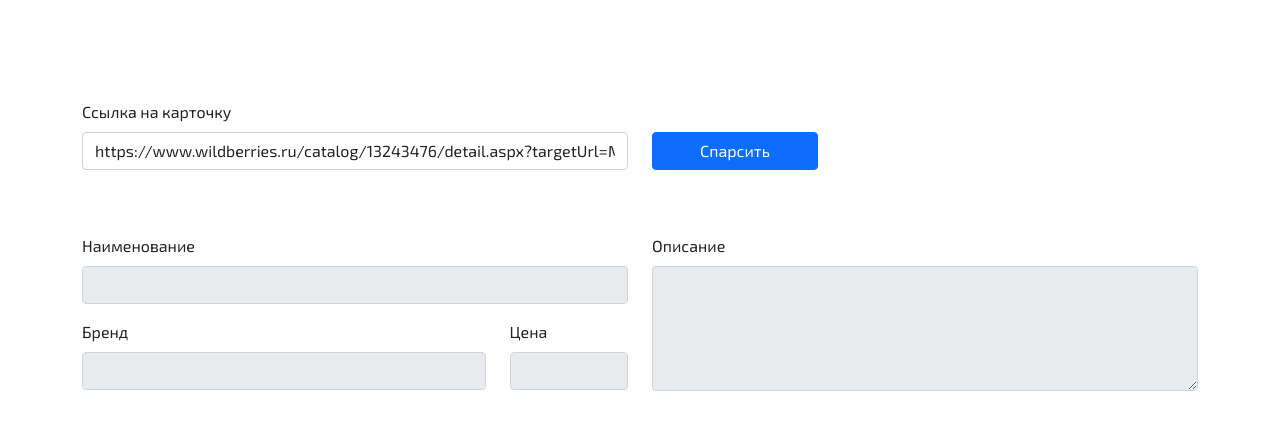
Repository: yozuul/wildberries-product-card-parser-api-exchange
Page: public/panel.html
The author's editor kept a copy of each file at every save. The page is drawn from the files as they stood at one save, then again after the next save.
The browser window is 1280 px wide. The pictures show the whole page.

Above is the page before, as saved 2021-08-20 07:53:29.

After the next save:
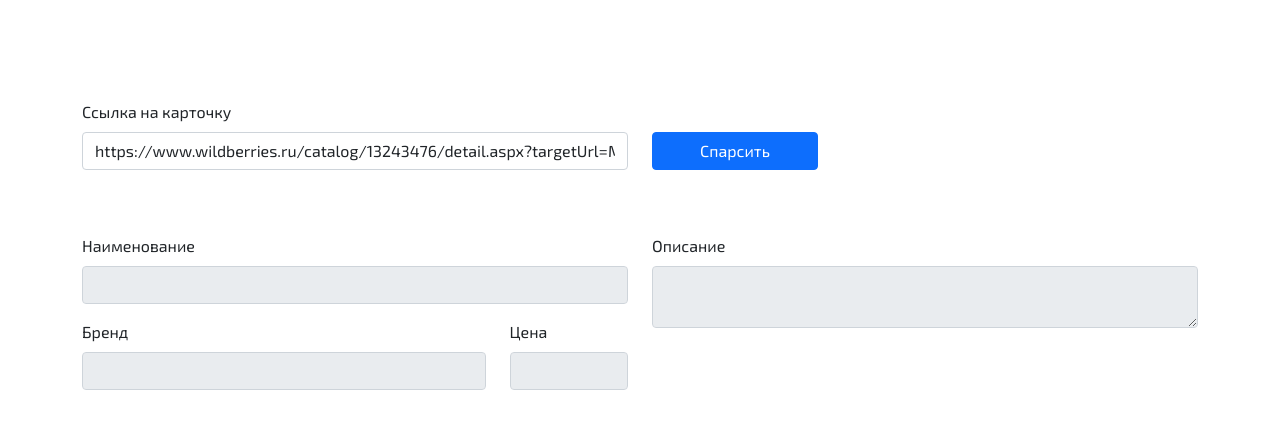
Saved 15 s later.
--- a/public/panel.html
+++ b/public/panel.html
@@ -91,8 +91,8 @@
                <input type="text" class="form-control" id="productConsist">
             </div>
             <div class="mb-3">
-               <label for="cardProductDesc" class="form-label">Описание</label>
-               <textarea type="text" class="form-control" id="cardProductDesc" readonly></textarea>
+               <label for="productDesc" class="form-label">Описание</label>
+               <textarea type="text" class="form-control" id="productDesc" readonly></textarea>
             </div>
             <div id="productParams_wrapper" class="mb-3 dn">
                <label class="form-label">Характеристики</label>

After the save that followed:
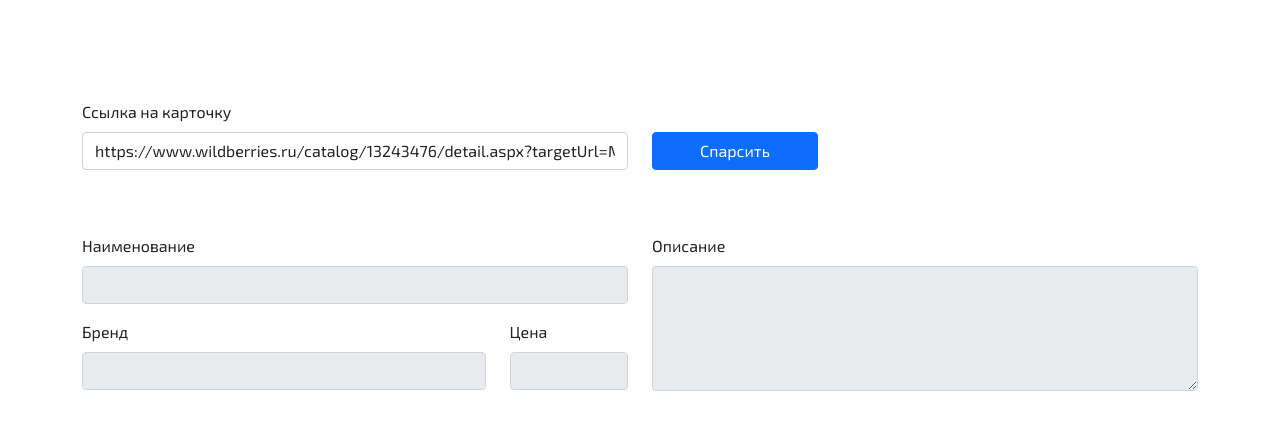
Saved 25 s later.
--- a/public/panel.html
+++ b/public/panel.html
@@ -91,8 +91,8 @@
                <input type="text" class="form-control" id="productConsist">
             </div>
             <div class="mb-3">
-               <label for="productDesc" class="form-label">Описание</label>
-               <textarea type="text" class="form-control" id="productDesc" readonly></textarea>
+               <label for="cardProductDesc" class="form-label">Описание</label>
+               <textarea type="text" class="form-control" id="cardProductDesc" readonly></textarea>
             </div>
             <div id="productParams_wrapper" class="mb-3 dn">
                <label class="form-label">Характеристики</label>
